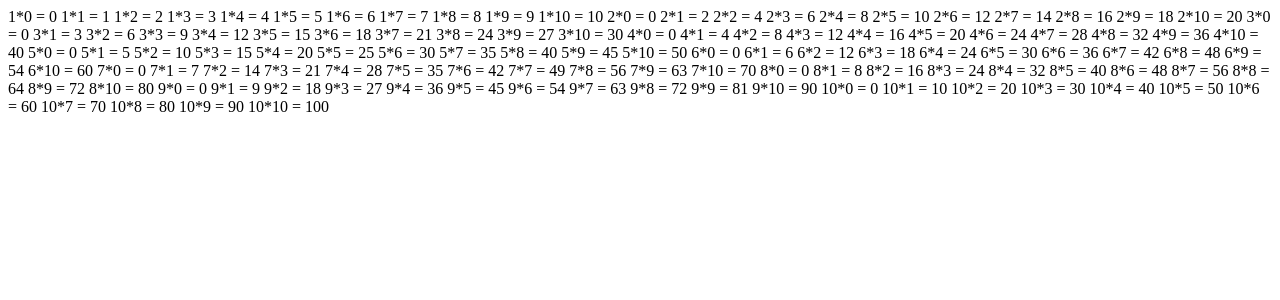
Repository: 6dreamhigh/jsp
Page: http://localhost/JSPBook/ch02/scriptlet02.jsp
These files come from the project's save history. The page is drawn as it stood at one moment and after the next save; the edit follows.
The browser window is 1280 px wide. The pictures show the whole page.
The page is served by Tomcat 9.

Above is the page before, as saved 2024-08-12 06:24:31.

### JSPBook/src/main/webapp/ch02/scriptlet02.jsp
<%@ page language="java" contentType="text/html; charset=EUC-KR"
    pageEncoding="EUC-KR"%>
<!DOCTYPE html>
<html>
<head>
<meta charset="EUC-KR">
<title>Insert title here</title>
</head>
<body>
	<%
		for(int j=1;j<=10;j++){
			for(int i =0;i<=10;i++){
					out.println(j+"*"+i+" = "+ j*i);
			}
		}
	%>
</body>
</html>

After the next save:
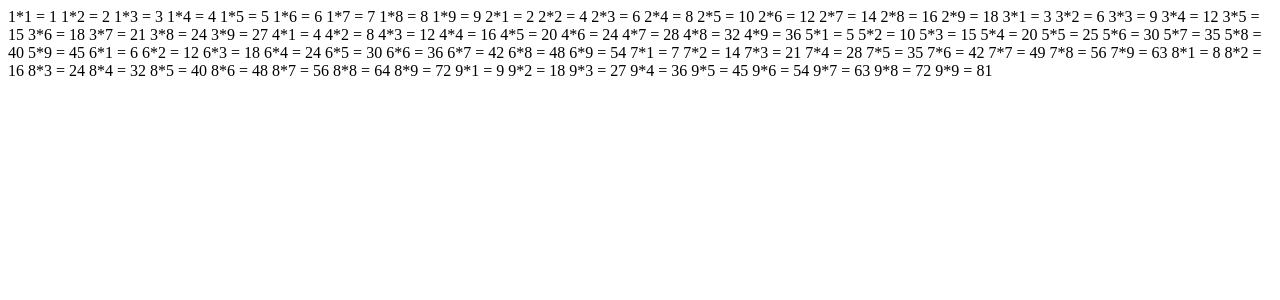
Saved 12 s later.
--- a/JSPBook/src/main/webapp/ch02/scriptlet02.jsp
+++ b/JSPBook/src/main/webapp/ch02/scriptlet02.jsp
@@ -8,8 +8,8 @@
 </head>
 <body>
 	<%
-		for(int j=1;j<=10;j++){
-			for(int i =0;i<=10;i++){
+		for(int j=1;j<10;j++){
+			for(int i =1;i<10;i++){
 					out.println(j+"*"+i+" = "+ j*i);
 			}
 		}
